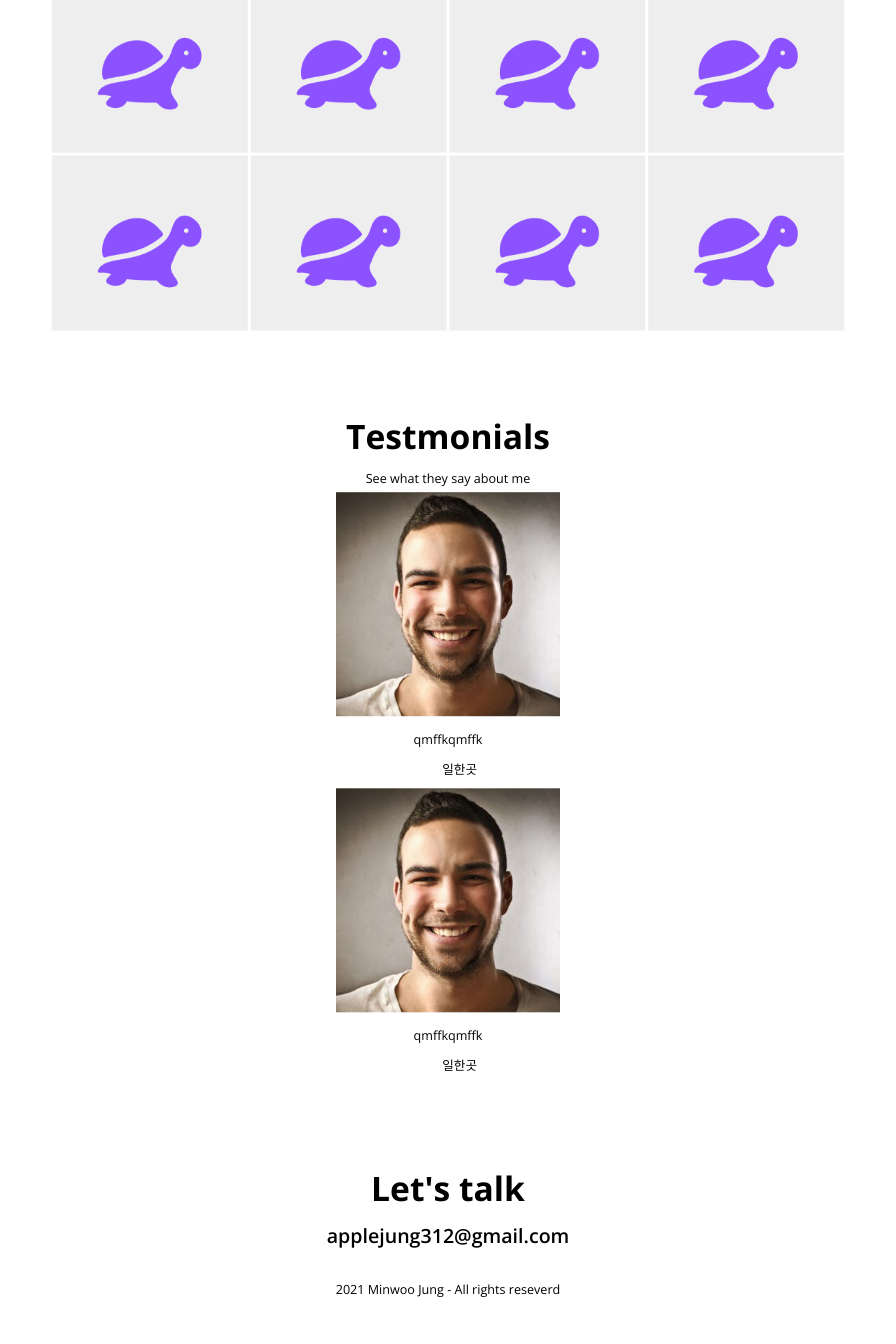
Repository: DevMinwoo-Jung/MinwooPortfolio
Page: index.html
The author's editor kept a copy of each file at every save. The page is drawn from the files as they stood at one save, then again after the next save.
The browser window is 1280 px wide. The pictures show the part of the page from y = 4393 to 6313 px (the page is 6313 px tall), at 70% of full size.

Above is the page before, as saved 2021-05-31 15:36:34.

### index.html
<!DOCTYPE html>
<html lang="en">
<head>
  <meta charset="UTF-8">
  <meta http-equiv="X-UA-Compatible" content="IE=edge">
  <meta name="viewport" content="width=device-width, initial-scale=1.0">
  <title>Minwoo's Portfolio</title>
  <meta name="description" content="(will be) world-renowned Front-End Web developer Minwoo">
  <meta name="author" content= "Minwoo Jung">
  <link rel="icon" type ="image/png" href="imgs/favicon.png">
  <link rel="stylesheet" href="https://use.fontawesome.com/releases/v5.15.3/css/all.css" integrity="sha384-SZXxX4whJ79/gErwcOYf+zWLeJdY/qpuqC4cAa9rOGUstPomtqpuNWT9wdPEn2fk" crossorigin="anonymous">
  <link rel="preconnect" href="https://fonts.gstatic.com">
<link href="https://fonts.googleapis.com/css2?family=Open+Sans:wght@400;600;700&display=swap" rel="stylesheet">
<link rel="stylesheet" href="style.css">
<script src="main.js" defer></script>
</head>
<body>
  <h1>Heading</h1>
  <h2>Heading</h2>
  <h3>Heading</h3>
  <p>Paragraph</p>
  <!-- Navbar -->
  <nav id="navbar">
    <div class="navbar__logo">
      <img src="imgs/favicon.png" alt="">
      <a href="#">Minwoo</a>
    </div>
      <ul class="nvabar__menu">
        <li class="navbar__menu__item--active">Home</li>
        <li class="navbar__menu__item">About</li>
        <li class="navbar__menu__item">Skills</li>
        <li class="navbar__menu__item">My work</li>
        <li class="navbar__menu__item">Testimonial</li>
        <li class="navbar__menu__item">Contact</li>
      </ul>
  </nav>
  <!-- Home -->
  <section id="home">
    <img src="imgs/myPhoto.jpg" alt="Minwoo's profile photo" class="home__avatar">
    <h1 class="home__title">반갑습니다. <br> 프론트엔드 개발자 정민우입니다.</h1>
    <h2 class="home__description">멈추지 않는 개발자로 살아가고싶습니다.</h2>
    <button class="home__contact">Contact Me</button>
  </section>
  <!-- About -->
  <section id="about" class="section__container">
    <h1>About me</h1>
    <p>나를 나타내는 문장 문장 장문 문에 있는 고추장</p>
    <div class="about__majors">
      <div class="major">
        <div class="major__icon">
          <i class="fab fa-js-square"></i>
        </div>
        <h2 class="major__title">Front-End</h2>
        <div class="major__description">
          HTML, CSS, JavaScript, TypeScript
        </div>
      </div>
      <div class="major">
        <div class="major__icon">
          <i class="fab fa-node"></i>
        </div>
        <div class="major__title">Back-End</div>
        <div class="major__description">
          HTML, CSS, JavaScript, TypeScript
        </div>
      </div>
      <div class="major">
        <div class="major__icon">
          <i class="fab fa-react"></i>
        </div>
        <div class="major__title">Framework</div>
        <div class="major__description">
          HTML, CSS, JavaScript, TypeScript
        </div>
      </div>
    </div>
    <div class="aoubt__jobs">
      <div class="job">
        <img src="imgs/school.png" alt="" class="job__logo">
      </div>
      <div class="job__description">
        <p class="job__period">쌍용교육센터 - 2019.09 ~ 2020.04</p>
      </div>
      <div class="job">
        <img src="imgs/school.png" alt="" class="job__logo">
      </div>
      <div class="job__description">
        <p class="job__period">호서대학교 - 2012.02 ~ 2017.02</p>
      </div>
    </div>



  </section>
  <!-- Skills -->
  <section id="skills" class="section">
    <div class="section__container">
      <h1>Skills</h1>
      <h2>Skills & Attributes</h2>
      <p>
        나를 잘 포장할 말을 쓰면 된다
      </p>
      <div class="skillset">
        <div class="skillset__left">
          <h3 class="skillset__title">Skills</h3>
          <div class="skill">
            <div class="skill__description">
              <span>HTML</span>
              <span>90%</span>
            </div>
            <div class="skill__bar">
              <div class="skill__value" style="width: 99%;"></div>
            </div>
          </div>
          <div class="skill">
            <div class="skill__description">
              <span>JavaScript</span>
              <span>90%</span>
            </div>
            <div class="skill__bar">
              <div class="skill__value"  style="width: 99%;"></div>
            </div>
          </div>
          <div class="skill">
            <div class="skill__description">
              <span>CSS</span>
              <span>90%</span>
            </div>
            <div class="skill__bar">
              <div class="skill__value"  style="width: 90%;"></div>
            </div>
          </div>
          <div class="skill">
            <div class="skill__description">
              <span>TypeScript</span>
              <span>90%</span>
            </div>
            <div class="skill__bar">
              <div class="skill__value"  style="width: 85%;"></div>
            </div>
          </div>
          <div class="skill">
            <div class="skill__description">
              <span>NodeJs</span>
              <span>90%</span>
            </div>
            <div class="skill__bar">
              <div class="skill__value"  style="width: 80%;"></div>
            </div>
          </div>
        </div>
        <div class="skillset__right">
          <div class="tools">
            <h3 class="skillset__title">Tools</h3>
            <ul class="tools__list">
              <li><span>Visual Studio Code</span></li>
              <li><span>1</span></li>
              <li><span>2</span></li>
              <li><span>3</span></li>
              <li><span>4</span></li>
            </ul>
          </div>
          <div class="etc">
            <h3 class="skillset__title">Etc</h3>
            <ul class="etc__list">
              <li><span>Git</span></li>
              <li><span>Etc</span></li>
            </ul>
          </div>
        </div>
      </div>
    </div>
  </section>
  <!-- Work -->
  <section id="work" class="section">
    <h1>My work</h1>
    <h3>Projects</h3>
    <div class="work__categories">
      <button class="category__btn active">All <span class="category__count">8</span></button>
      <button class="category__btn">Front-End <span class="category__count">3</span></button>
      <button class="category__btn">React <span class="category__count">2</span></button>
      <button class="category__btn">vanilaJs <span class="category__count">2</span></button>
      <button class="category__btn">nodeJs <span class="category__count">1</span></button>
    </div>
    <div class="work__projects">
      <a href="mygithub" class="project" target="blank" data-type="back-end">
      <img class="project__img" src="imgs/favicon.png" alt="project1">
      <!-- 이미지 추후에 넣자 -->
      <div class="project__description">
        <h3>Proejct</h3>
        <span>Clone coding with HTML and CSS</span>
      </div>
      </a>
      <a href="mygithub" class="project" target="blank" data-type="back-end">
        <img class="project__img" src="imgs/favicon.png" alt="project1">
        <!-- 이미지 추후에 넣자 -->
        <div class="project__description">
          <h3>Proejct</h3>
          <span>Clone coding with HTML and CSS</span>
        </div>
        </a>
        <a href="mygithub" class="project" target="blank" data-type="back-end">
          <img class="project__img" src="imgs/favicon.png" alt="project1">
          <!-- 이미지 추후에 넣자 -->
          <div class="project__description">
            <h3>Proejct</h3>
            <span>Clone coding with HTML and CSS</span>
          </div>
        </a>
        <a href="mygithub" class="project" target="blank" data-type="back-end">
          <img class="project__img" src="imgs/favicon.png" alt="project1">
          <!-- 이미지 추후에 넣자 -->
          <div class="project__description">
            <h3>Proejct</h3>
            <span>Clone coding with HTML and CSS</span>
          </div>
        </a>
        <a href="mygithub" class="project" target="blank" data-type="back-end">
          <img class="project__img" src="imgs/favicon.png" alt="project1">
          <!-- 이미지 추후에 넣자 -->
          <div class="project__description">
            <h3>Proejct</h3>
            <span>Clone coding with HTML and CSS</span>
          </div>
        </a>
        <a href="mygithub" class="project" target="blank" data-type="back-end">
          <img class="project__img" src="imgs/favicon.png" alt="project1">
          <!-- 이미지 추후에 넣자 -->
          <div class="project__description">
            <h3>Proejct</h3>
            <span>Clone coding with HTML and CSS</span>
          </div>
        </a>
        <a href="mygithub" class="project" target="blank" data-type="back-end">
          <img class="project__img" src="imgs/favicon.png" alt="project1">
          <!-- 이미지 추후에 넣자 -->
          <div class="project__description">
            <h3>Proejct</h3>
            <span>Clone coding with HTML and CSS</span>
          </div>
        </a>
        <a href="mygithub" class="project" target="blank" data-type="back-end">
          <img class="project__img" src="imgs/favicon.png" alt="project1">
          <!-- 이미지 추후에 넣자 -->
          <div class="project__description">
            <h3>Proejct</h3>
            <span>Clone coding with HTML and CSS</span>
          </div>
        </a>
    </div>
  </section>
  <!-- Testimonials -->
  <section id="testimonials" class="section">
    <h1>Testmonials</h1>
    <h3>See what they say about me</h3>
    <div class="testmonials">
      <div class="testimonial">
        <img src="imgs/testimonail/people.jpg" alt="" class="testimonial__avatar">
        <div class="testimonail__speech-bubble">
          <p>qmffkqmffk</p>
          <p class="name"><a href="">이름</a>일한곳</p>
        </div>
      </div>
      <div class="testimonial">
        <img src="imgs/testimonail/people.jpg" alt="" class="testimonial__avatar">
        <div class="testimonail__speech-bubble">
          <p>qmffkqmffk</p>
          <p class="name"><a href="">이름</a>일한곳</p>
        </div>
      </div>
    </div>
  </section>
  <!-- Contact -->
  <section id="contact" class="section">
    <h1 class="contact__title">Let's talk</h1>
    <h2 class="contact__email">applejung312@gmail.com</h2>
    <div class="contact__links">
      <a href="https://github.com/DevMinwoo-Jung" target="_blank">
        <i class="fab fa-github"></i>
      </a>
      <a href="https://dev-minwoo.tistory.com/" target="_blank">
        <i class="fas fa-blog"></i>
      </a>
    </div>
    <p class="contact__right">
      2021 Minwoo Jung - All rights reseverd
    </p>
  </section>
</body>
</html>

### style.css
/* Global */
:root {
  /* Color */
  --color-white: #ffffff;
  --color-light-white: #eeeeee;
  --color-dark-white: #bdbdbd;
  --color-pink: #fe918d;
  --color-dark-pink: #ff6863;
  --color-dark-grey: #4d4d4d;
  --color-grey: #616161;
  --color-light-grey: #7c7979;
  --color-blue: #73aace;
  --color-yellow: #fff7d1;
  --color-orange: #feb546;
  --color-black: #000000;
  --color-dard-purple: rgb(78, 23, 69);

  /* Font size */
  --font-large: 48px;
  --font-medium: 28px;
  --font-regular: 18px;
  --font-small: 16px;
  --font-micro: 14px;

  /* Font weight */
  --weight-bold: 700;
  --weight-semi-bold: 600;
  --weight-regular: 400;

  /* Size */
  --size-border-radius: 4px;

  /* Animation Duration */
  --animation-duration: 300ms;
}

/* Universal tags */
* {
  box-sizing: border-box;
}

/* Typography */
h1 {
  font-size: var(--font-large);
  font-weight: var(--weight-bold);
  color: var(--color-black);
  margin: 16px 0px;
}

h2 {
  font-size: var(--font-medium);
  font-weight: var(--weight-semi-bold);
  color: var(--color-black);
  margin: 8px 0;
}

h3 {
  font-size: var(--font-regular);
  font-weight: var(--weight-regular);
  color: var(--color-black);
  margin: 8px 0;
}

p {
  font-size: var(--font-regular);
  font-weight: var(--weight-regular);
  color: var(--color-black);
  margin: 16px 0;
}

body {
  margin: 0;
  font-family: "Open Sans", sans-serif;
  cursor: default;
}

a {
  text-decoration: none;
  color: var(--color-white);
}

ul {
  list-style: none;
  padding-left: 0;
}

li {
  list-style: none;
}

button {
  background-color: transparent;
  cursor: pointer;
  border: none;
  outline: none;
}

/* Navbar */
#navbar {
  display: flex;
  justify-content: space-between;
  background-color: purple;
  align-items: center;
  color: var(--color-white);
  padding: 16px;
}

.navbar__menu {
  display: flex;
}

.navbar__menu__item {
  padding: 8px 12px;
  margin: 0 4px;
  cursor: pointer;
  border-radius: var(--size-border-radius);
}

.navbar__logo {
  font-size: var(--font-medium);
  font-weight: var(--weight-semi-bold);
}

.navbar__menu__item--active {
  border: 1px solid var(--color-white);
}

.navbar__menu__item:hover {
  background-color: var(--color-dard-purple);
}

/* Home */
#home {
  background: url("imgs/background\ Img.png") center/cover no-repeat;
  padding: 40px;
  text-align: center;
}

.home__avatar {
  width: 250px;
  height: 250px;
  border-radius: 50%;
  border: 2px solid var(--color-white);
}

.home__title,
.home__description {
  color: var(--color-white);
}

.home__contact {
  color: var(--color-white);
  font-size: var(--font-regular);
  font-weight: var(--weight-bold);
  margin: 24px;
  padding: 8px 12px;
  border: 2px solid (var(--color-white));
  border-radius: var(--size-border-radius);
}

/* Section common */
.section {
  margin: auto;
  padding: 50px;
  text-align: center;
}

.section__container {
  max-width: 1200px;
  margin: auto;
}

/* About */
.aoubt__majors {
  display: flex;
  justify-content: space-between;
  margin: 80px 0;
}

.major__icon {
  width: 170px;
  height: 170px;
  font-size: 70px;
  line-height: 170px;
  margin: auto;
  border: 1px solid var(--color-white);
  border-radius: 50%;
  margin-bottom: 16px;
  color: var(--color-blue);
}

.major__icon:hover i {
  color: var(--color-pink);
  transform: rotate(-30deg) scale(1.1);
}

.major__icon i {
  transition: all var(--animation-duration) ease;
}

/*
.major__icon i:hover{
  이렇게하면 i에 올려났을때만 변하지만
  위처럼하면 icon에 올렸을때 i만 변한다
  color: var(--color-pink);
  transform: rotate(-30deg) scale(1.1);
} */

.major__title,
.major__description {
  color: var(--color-dark-grey);
}

.major__description {
  font-size: var(--font-small);
}

.job {
  display: flex;
  align-items: center;
}

.job__description {
  margin: 0 16px;
  text-align: left;
}

.job__name,
.job__period {
  color: var(--color-light-grey);
}

.job__name {
  font-size: var(--font-small);
}

.job__period {
  font-size: var(--font-micro);
}

/* Skill */
#skills {
  background-color: var(--color-yellow);
}

.skillset {
  display: flex;
  background-color: var(--color-light-grey);
  color: var(--color-light-white);
  margin: 20px 0;
}

.skillset__title {
  color: var(--color-white);
}

.skillset__left {
  flex-basis: 60%;
  background-color: var(--color-dark-grey);
  color: var(--color-white);
  padding: 20px 40px;
}

.skill__description {
  display: flex;
  justify-content: space-between;
}

.skillset__right {
  flex-basis: 40%;
}

.tools {
  background-color: var(--color-grey);
}

.skill__bar {
  width: 100%;
  height: 3px;
  background-color: var(--color-grey);
}

.skill {
  margin-bottom: 32px;
}

.skill__value {
  height: 3px;
  background-color: var(--color-orange);
}

.tolls,
.etc {
  padding: 20px;
}

/* Work */
.work__categories {
  margin: 40px;
}

.category__btn {
  border: 1px solid var(--color-dark-grey);
  border-radius: var(--size-border-radius);
  font-size: var(--font-regular);
  padding: 8px 48px;
}

.category__btn.active,
.category__btn:hover {
  background-color: var(--color-pink);
  color: var(--color-white);
}

.category__btn.active,
.category__count,
.category__btn:hover .category__count {
  opacity: 1;
  top: 0;
}
.category__count {
  background-color: var(--color-orange);
  border-radius: 50%;
  color: var(--color-white);
  width: 24px;
  height: 24px;
  display: inline-block;
  line-height: 24px;
  position: relative;
  top: -20px;
  left: 4px;
  opacity: 0;
  transition: all var(--animation-duration);
}

.work__projects {
  display: flex;
  flex-wrap: wrap;
  justify-content: center;
}

.project {
  width: 280px;
  display: flex;
  justify-content: center;
  align-items: center;
  height: 250px;
  margin: 2px;
  background-color: var(--color-light-white);
  position: relative;
}

.project__img {
  max-width: 100%;
  max-height: 100%;
}

.project__description {
  position: absolute;
  top: 0;
  left: 0;
  width: 100%;
  height: 100%;
  display: flex;
  flex-direction: column;
  justify-content: center;
  opacity: 0;
  transition: all var(--animation-duration) ease-in;
}

.project:hover .project__description {
  opacity: 0.8;
  transform: translateY(0px);
}

.project__description h3 {
  color: var(--color-white);
}

.project__description h3:after {
  content: "";
  width: 25px;
  height: 25px;
  display: block;
  position: relative;
  left: 50%;
  margin-left: -12px;
  background-color: var(--color-dark-white);
}

Loaded but not shown: main.js (no copy from this time; the picture is the same without it)

After the next save:
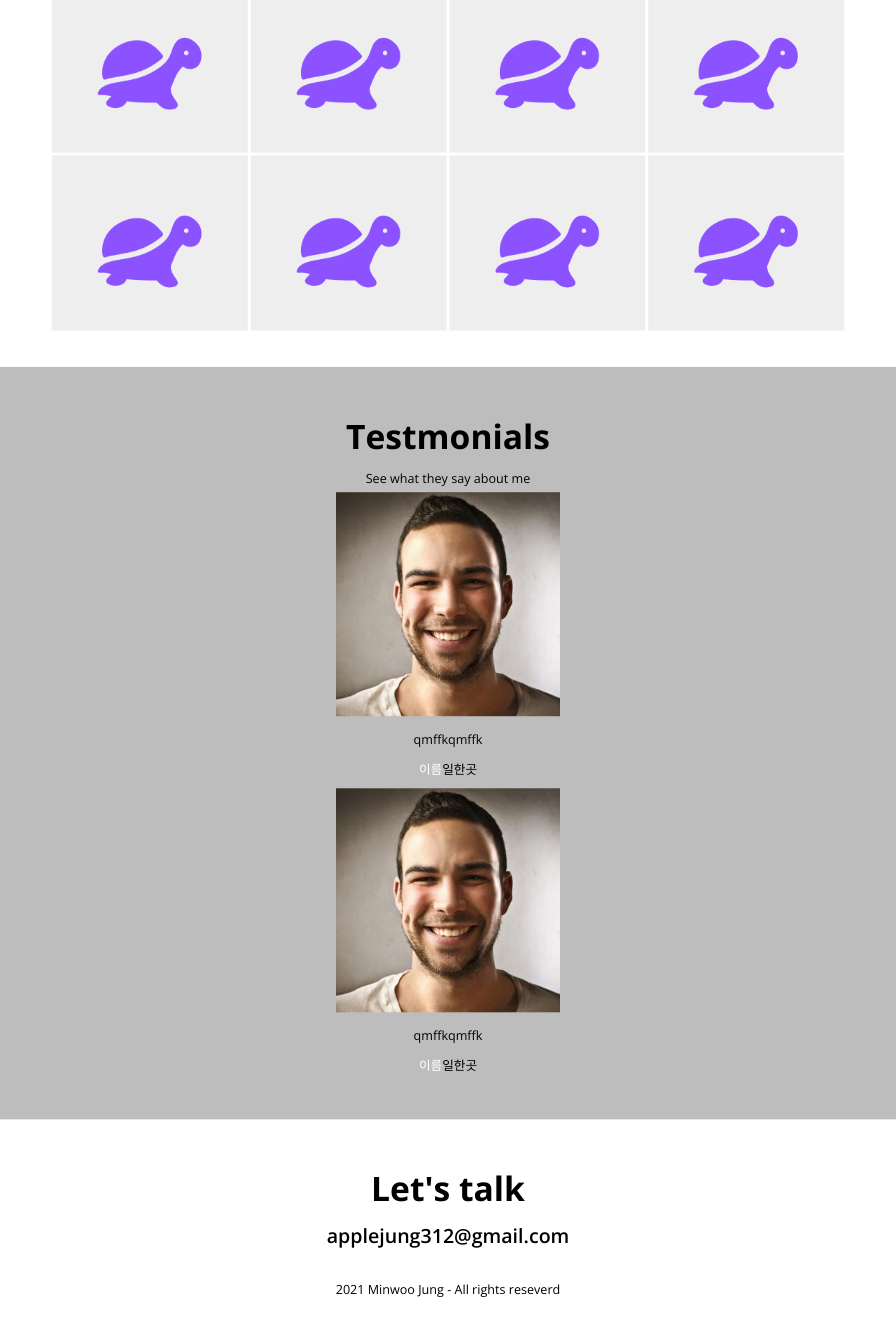
Saved 19 h 8 min later.
--- a/style.css
+++ b/style.css
@@ -387,3 +387,12 @@ button {
   margin-left: -12px;
   background-color: var(--color-dark-white);
 }
+
+/* Testimonial */
+#testimonials {
+  background-color: var(--color-dark-white);
+}
+
+.testimonials {
+  margin: 40px;
+}
